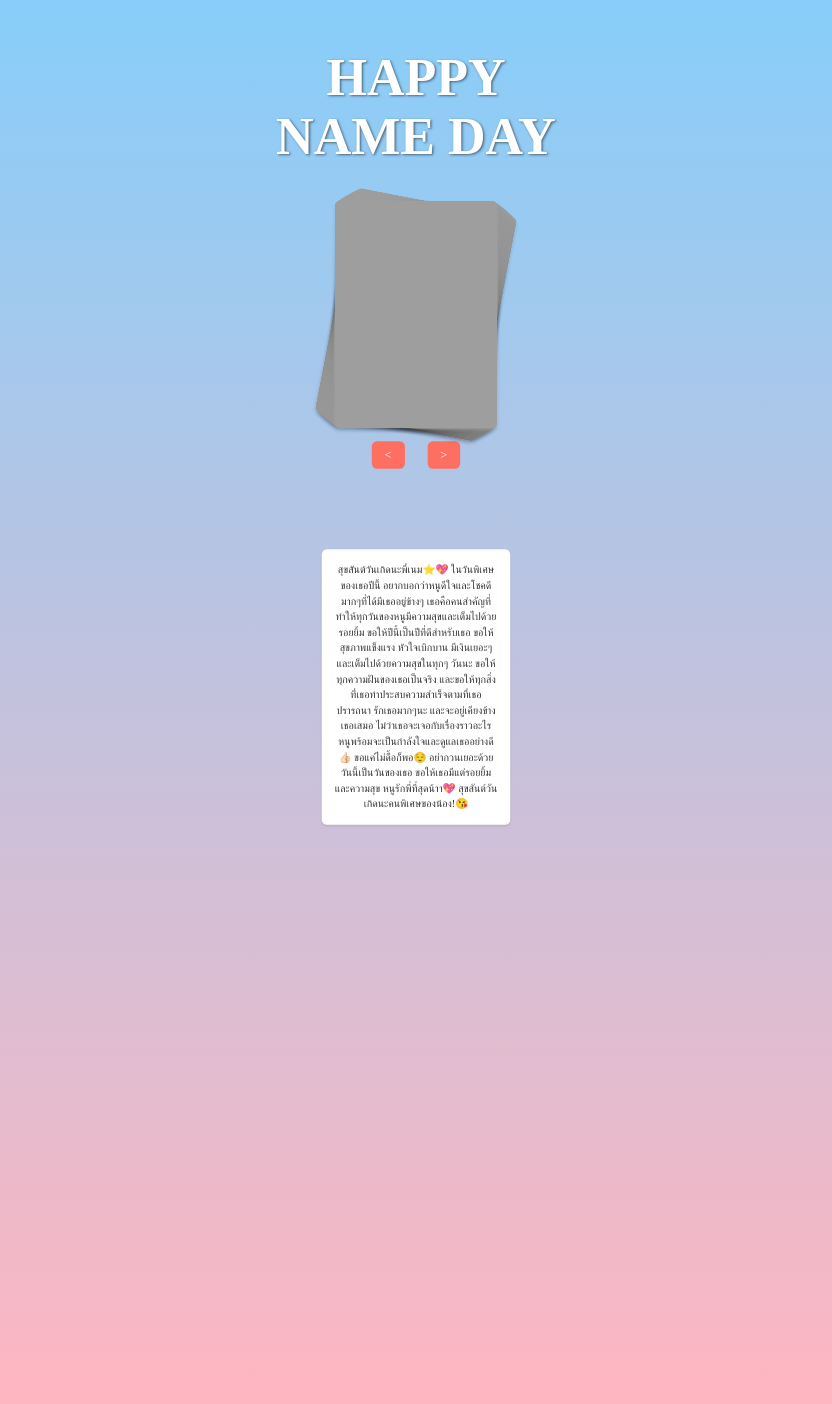
Repository: naps00/BIRTHDAY
Page: /details
These files come from the project's save history. The page is drawn as it stood at one moment and after a run of saves; the edit follows.
The browser window is 1280 px wide. The pictures show the whole page, at 65% of full size.
Pictures or frames that could not be fetched are drawn as grey boxes. The project was rebuilt for these pictures with package versions that can differ from the ones it lists, and the page was loaded fresh each time.

Above is the page before, as saved 2024-12-12 20:09:09.

### src/App.js
import React, { useState } from 'react';
import { BrowserRouter as Router, Route, Routes, Link } from 'react-router-dom';
import './App.css';
import Details from './details.js'; // นำเข้า Details.js

function Home() {
  const [showModal, setShowModal] = useState(false);

  // เมื่อวีดีโอจบ ให้แสดง modal
  const handleVideoEnd = () => {
    setShowModal(true);
  };

  return (
    <div className="App">
      <div className="container">
        <div className="text-section" style={{ flex: 1, display: 'flex', flexDirection: 'column', justifyContent: 'center', alignItems: 'center', textAlign: 'center', height: '100vh', color: 'black', fontSize: 'calc(3vw + 0vh)', fontWeight: 'bold' }}>
          <h2>HAPPY BIRTHDAY !!</h2>
          <p>MY LOVE ♡ </p>
          <img src="https://img2.pic.in.th/pic/fc8c0bdfae313c2ffd700a21b05915d6-removebg-preview.png" alt="Happy Birthday Decoration" style={{width: '200px', height: '200PX' }} />
        </div>

        <div className="video-section">
          <video
            className="video-player"
            controls
            onEnded={handleVideoEnd}
          >
            <source src="https://v1.pinimg.com/videos/mc/720p/3d/2a/3c/3d2a3ca4078af4f14258938781ed5f8e.mp4" type="video/mp4" />
            Your browser does not support the video tag.
          </video>
        </div>
      </div>

      {/* Modal */}
      {showModal && (
        <div className="modal-backdrop">
          <div className="modal-content">
            <h2>Are you ready?</h2>
            {/* เปลี่ยนปุ่ม "ปิด" ให้เป็นลิงค์ไปยังหน้า /details */}
            <Link to="/details">
              <button className="pulse">GO !!</button>
            </Link>
          </div>
        </div>
      )}

      {/* เพิ่มอิโมจิที่วิ้งๆ */}
      <div className="emoji">🌟</div>
      <div className="emoji2">✨</div>
      <div className="emoji3">💕</div>

    </div>
  );
}

function App() {
  return (
    <Router>
      <Routes>
        <Route path="/" element={<Home />} />
        <Route path="/details" element={<Details />} /> {/* เพิ่มเส้นทางสำหรับหน้า /details */}
      </Routes>
    </Router>
  );
}

export default App;

### src/App.css
/* การจัด layout ของแอปพลิเคชัน */
.App {
  background-color: white;
  min-height: 100vh;
  display: flex;
  justify-content: center;
  align-items: center;
}

/* ส่วนที่ใช้จัด layout */
.container {
  display: flex;
  flex-direction: row; /* แบ่งพื้นที่ออกเป็น 2 ส่วน */
  width: 100%;
  height: 100vh;
}

/* ส่วนข้อความ */
.text-section {
  flex: 1;
  display: flex;
  flex-direction: column;
  justify-content: center;
  align-items: center;
  padding: 20px;
  background-color: #f9f9f9;
}

.text-section h1 {
  margin-bottom: 20px;
}

/* ส่วนวีดีโอ */
.video-section {
  flex: 1;
  display: flex;
  justify-content: center;
  align-items: center;
  background-color: #000;
}

.video-player {
  width: 100%; /* ให้วีดีโอเต็มความกว้าง */
  height: 100%; /* ให้วีดีโอเต็มความสูง */
  object-fit: cover; /* ปรับวีดีโอให้เต็มพื้นที่โดยไม่เสียสัดส่วน */

/* การแสดง modal */
}
.modal-backdrop {
  position: fixed;
  top: 0;
  left: 0;
  width: 100%;
  height: 100%;
  background: rgba(0, 0, 0, 0.7);
  display: flex;
  justify-content: center;
  align-items: center;
  z-index: 100; /* ทำให้ modal อยู่เหนือสิ่งอื่น */
  animation: fadeInPop 0.5s ease-out;
}

/* เพิ่ม z-index ให้ modal-content */
.modal-content {
  background: white;
  padding: 20px;
  border-radius: 10px;
  text-align: center;
  box-shadow: 0 2px 10px rgba(0, 0, 0, 0.3);
  animation: slideUp 0.3s ease-out;
  z-index: 101; /* ทำให้เนื้อหาของ modal อยู่เหนือ backdrop */
}

/* การแอนิเมชัน fade-in และ pop-up สำหรับ modal backdrop */
@keyframes fadeInPop {
  0% {
    opacity: 0;
    transform: scale(0.8);
  }
  100% {
    opacity: 1;
    transform: scale(1);
  }
}

body {
  font-family: 'Coiny', cursive;
  margin: 0;
  padding: 0;
  box-sizing: border-box;
  background-color: #fef9ef;
  color: #333;
}

h1, h2, p {
  font-family: 'Coiny', cursive; /* ฟอนต์ใหม่สำหรับข้อความ */
}

button {
  font-family: 'Coiny', cursive;
  font-size: 1.2rem;
  background-color: #ff6f61;
  color: #fff;
  padding: 10px 20px;
  border: none;
  border-radius: 8px;
  cursor: pointer;
  transition: background-color 0.3s ease, transform 0.3s ease;
}

button:hover {
  background-color: #ff3d3d;
  transform: scale(1.1);
}

/* การแอนิเมชัน slide-up สำหรับ modal content */
@keyframes slideUp {
  0% {
    transform: translateY(20px);
    opacity: 0;
  }
  100% {
    transform: translateY(0);
    opacity: 1;
  }
}

.modal-content h2 {
  margin-bottom: 20px;
}

.modal-content button {
  padding: 10px 20px;
  background-color: #007bff;
  color: white;
  border: none;
  border-radius: 5px;
  cursor: pointer;
  transition: transform 0.3s ease, background-color 0.3s ease;
}

/* เอฟเฟกต์เมื่อ hover ปุ่ม */
.modal-content button:hover {
  background-color: #0056b3;
  transform: scale(1.1); /* ขยายขนาดปุ่มเมื่อ hover */
}

/* เอฟเฟกต์การเต้นของปุ่ม */
@keyframes pulse {
  0% {
    transform: scale(1);
    opacity: 1;
  }
  50% {
    transform: scale(1.1);
    opacity: 0.8;
  }
  100% {
    transform: scale(1);
    opacity: 1;
  }
}

.pulse {
  animation: pulse 1.5s infinite;
}

/* อิโมจิวิ้งๆ */
.emoji {
  position: fixed;
  top: 30%;
  right: 50%;
  font-size: 30px;
  animation: smoothBounce 1.4s infinite;
  z-index: 50; /* ทำให้ไอคอนอิโมจิอยู่ใต้ modal */
}
.emoji2 {
  position: fixed;
  top: 18%;
  right: 97%;
  font-size: 30px;
  animation: smoothBounce 1.5s infinite;
  z-index: 50; /* ทำให้ไอคอนอิโมจิอยู่ใต้ modal */
}
.emoji3 {
  position: fixed;
  top: 63%;
  right: 65%;
  font-size: 50px;
  animation: smoothBounce 3s infinite;
  z-index: 50; /* ทำให้ไอคอนอิโมจิอยู่ใต้ modal */
}
/* การกระพิบ */
/* @keyframes fadeInOut {
  0%, 100% {
    opacity: 0;
  }
  50% {
    opacity: 1;
  }
}

.fade {
  animation: fadeInOut 1s infinite;
} */

/* การแอนิเมชันวิ้ง */
@keyframes smoothBounce {
  0%, 100% {
    transform: translateY(0);
    opacity: 1;
  }
  25% {
    transform: translateY(-1px);
    opacity: 1;
  }
  50% {
    transform: translateY(-1px);
    opacity: 1;
  }
  75% {
    transform: translateY(5px);
    opacity: 1;
  }
}


/* การแอนิเมชัน zoom-in */
@keyframes zoomIn {
  0% {
    transform: scale(0.8);
    opacity: 0;
  }
  100% {
    transform: scale(1);
    opacity: 1;
  }
}

.zoom-in {
  animation: zoomIn 0.4s ease-out;
}

/* เอฟเฟกต์ fade-in สำหรับเนื้อหาที่โหลด */
.fade-in {
  opacity: 0;
  animation: fadeIn 1s forwards;
}

@keyframes fadeIn {
  from {
    opacity: 0;
  }
  to {
    opacity: 1;
  }
}

### src/details.js
import React, { useState } from 'react';
import { useSwipeable } from 'react-swipeable'; // นำเข้า useSwipeable
import './details.css';

function Details() {
  const images = [
    "https://img2.pic.in.th/pic/C14EEE1A-1C6E-4778-85B7-4833D53D43EB.jpeg",
    "https://img5.pic.in.th/file/secure-sv1/618E6171-BADE-42BC-A018-2EA60935F70F.jpeg",
    "https://img5.pic.in.th/file/secure-sv1/IMG_448429fe121e41b2f430.jpeg",
    "https://img5.pic.in.th/file/secure-sv1/IMG_64786800a538a371f8ae.jpeg",
    "https://img2.pic.in.th/pic/IMG_18254b9a0e0ef262515a.jpeg",
    "https://img2.pic.in.th/pic/IMG_750821c6a0b5848c84f8.jpeg",
    "https://img2.pic.in.th/pic/IMG_217360495c125ab56c81.jpeg",
    "https://img5.pic.in.th/file/secure-sv1/IMG_79057ffcc3e4b6cb96bc.jpeg",
    "https://img2.pic.in.th/pic/IMG_7834161695a4292d3799.jpeg",
    "https://img5.pic.in.th/file/secure-sv1/IMG_7833a600a5964cb97987.jpeg",
    "https://img5.pic.in.th/file/secure-sv1/IMG_7669dbd275c5d25b60ea.jpeg",
    "https://img2.pic.in.th/pic/IMG_791818c257fcaec84a84.jpeg"
  ];

  const [currentIndex, setCurrentIndex] = useState(0);

  const handlers = useSwipeable({
    onSwipedLeft: () => handleNext(),
    onSwipedRight: () => handlePrev(),
    preventDefaultTouchmoveEvent: true,
    trackMouse: true
  });

  const handleNext = () => {
    setCurrentIndex((currentIndex + 1) % images.length);
  };

  const handlePrev = () => {
    setCurrentIndex((currentIndex - 1 + images.length) % images.length);
  };

  return (
    <div className="details-page" style={{ overflowY: 'auto', maxHeight: '100vh', padding: '20px' }}>
      <div className="header-text" style={{ textAlign: 'center' }}>
        <h1>HAPPY <br /> NAME DAY</h1>
      </div>

      <div className="card-stack" {...handlers} style={{ position: 'relative', height: '350px', marginBottom: '20px' }}>
        {images.map((src, index) => {
          const zIndex = images.length - Math.abs(currentIndex - index);
          const rotation = (index - currentIndex) * 1; // การหมุนภาพ
          const offset = (index - currentIndex) * 0; // ระยะเลื่อน

          return (
            <img
              key={index}
              src={src}
              alt={`Slide ${index + 1}`}
              className="card"
              style={{
                zIndex: zIndex,
                position: 'absolute',
                left: '50%',
                top: '50%',
                transform: `translate(-50%, -50%) rotate(${rotation}deg)`,
                marginTop: `${offset}px`,
                width: '250px',
                height: '350px',
                borderRadius: '8px',
                boxShadow: '0 4px 6px rgba(0, 0, 0, 0.1)',
              }}
            />
          );
        })}
      </div>

      <div className="controls" style={{ textAlign: 'center', marginTop: '0px' }}>
        <button onClick={handlePrev} style={{ margin: '0 10px', padding: '10px 20px' }}>
          &lt;
        </button>
        <button onClick={handleNext} style={{ margin: '0 10px', padding: '10px 20px' }}>
          &gt;
        </button>
      </div>
      <div
        className="card-message"
        style={{
          margin: '10%',
          width: '100%',
          maxWidth: '250px',
          padding: '20px',
          borderRadius: '8px',
          backgroundColor: '#fff',
          boxShadow: '0 2px 4px rgba(0, 0, 0, 0.1)',
          textAlign: 'center',
          fontSize: '16px',
          lineHeight: '1.5',
        }}
      >
        สุขสันต์วันเกิดนะพี่เนม⭐️💖

ในวันพิเศษของเธอปีนี้ อยากบอกว่าหนูดีใจและโชคดีมากๆที่ได้มีเธออยู่ข้างๆ เธอคือคนสำคัญที่ทำให้ทุกวันของหนูมีความสุขและเต็มไปด้วยรอยยิ้ม

ขอให้ปีนี้เป็นปีที่ดีสำหรับเธอ ขอให้สุขภาพแข็งแรง หัวใจเบิกบาน มีเงินเยอะๆ และเต็มไปด้วยความสุขในทุกๆ วันนะ ขอให้ทุกความฝันของเธอเป็นจริง และขอให้ทุกสิ่งที่เธอทำประสบความสำเร็จตามที่เธอปรารถนา

รักเธอมากๆนะ และจะอยู่เคียงข้างเธอเสมอ ไม่ว่าเธอจะเจอกับเรื่องราวอะไร หนูพร้อมจะเป็นกำลังใจและดูแลเธออย่างดี👍🏻 ขอแค่ไม่ดื้อก็พอ😌 อย่ากวนเยอะด้วย

วันนี้เป็นวันของเธอ ขอให้เธอมีแต่รอยยิ้มและความสุข หนูรักพี่ที่สุดน้าา💖 สุขสันต์วันเกิดนะคนพิเศษของน้อง!😘
      </div>


      <audio autoPlay loop>
        <source src="https://www.soundhelix.com/examples/mp3/SoundHelix-Song-1.mp3" type="audio/mp3" />
        Your browser does not support the audio element.
      </audio>
    </div>
  );
}

export default Details;

### src/details.css
.details-page {
  display: flex;
  flex-direction: column;
  align-items: center;
  justify-content: flex-start;
  min-height: 300vh; /* กำหนดความสูงขั้นต่ำ */
  background: linear-gradient(to bottom, #87CEFA, #FFB6C1);
  padding: 40px; /* เพิ่มระยะห่างจากขอบ */
  overflow-y: auto; /* ให้เลื่อนแนวตั้งได้ */
  box-sizing: border-box;
}

.card-stack {
  position: relative;
  width: 100%; /* ใช้พื้นที่เต็มความกว้าง */
  max-width: 400px; /* จำกัดขนาดความกว้าง */
  display: flex;
  flex-direction: column; /* จัดเรียงแนวตั้ง */
  align-items: center;
  gap: 20px; /* ระยะห่างระหว่างแต่ละรูป */
}
.header-text {
  text-align: center;
  color: white;
  text-shadow: 2px 2px 4px rgba(0, 0, 0, 0.5);
  font-size: 2.5rem;
}
.card {
  width: 200px; /* เพิ่มขนาดความกว้าง */
  height: 300px; /* เพิ่มขนาดความสูง */
  border-radius: 10px;
  box-shadow: 0 4px 8px rgba(0, 0, 0, 0.2);
}

.text-box {
  margin-top: 90px; /* เพิ่มระยะห่างระหว่างภาพและข้อความ */
  padding: 20px; /* ขยายพื้นที่ข้อความ */
  width: 100%;
  max-width: 500px; /* ขยายขนาดกล่องข้อความ */
  background: #ffffff;
  border: 1px solid #ddd;
  border-radius: 10px;
  box-shadow: 0 4px 8px rgba(0, 0, 0, 0.1);
  text-align: center; /* จัดข้อความให้อยู่กึ่งกลาง */
  font-size: 18px; /* เพิ่มขนาดตัวอักษร */
  line-height: 1.6; /* เพิ่มความสูงระหว่างบรรทัด */
}

.controls {
  margin-top: 10px; /* ระยะห่างระหว่างปุ่มกับข้อความ */
  display: flex;
  justify-content: center;
  gap: 15px; /* เพิ่มระยะห่างระหว่างปุ่ม */
}

Loaded but not shown: public/index.html (common file); src/index.js (common file); src/index.css (common file); src/reportWebVitals.js (common file)

After the next 2 saves:
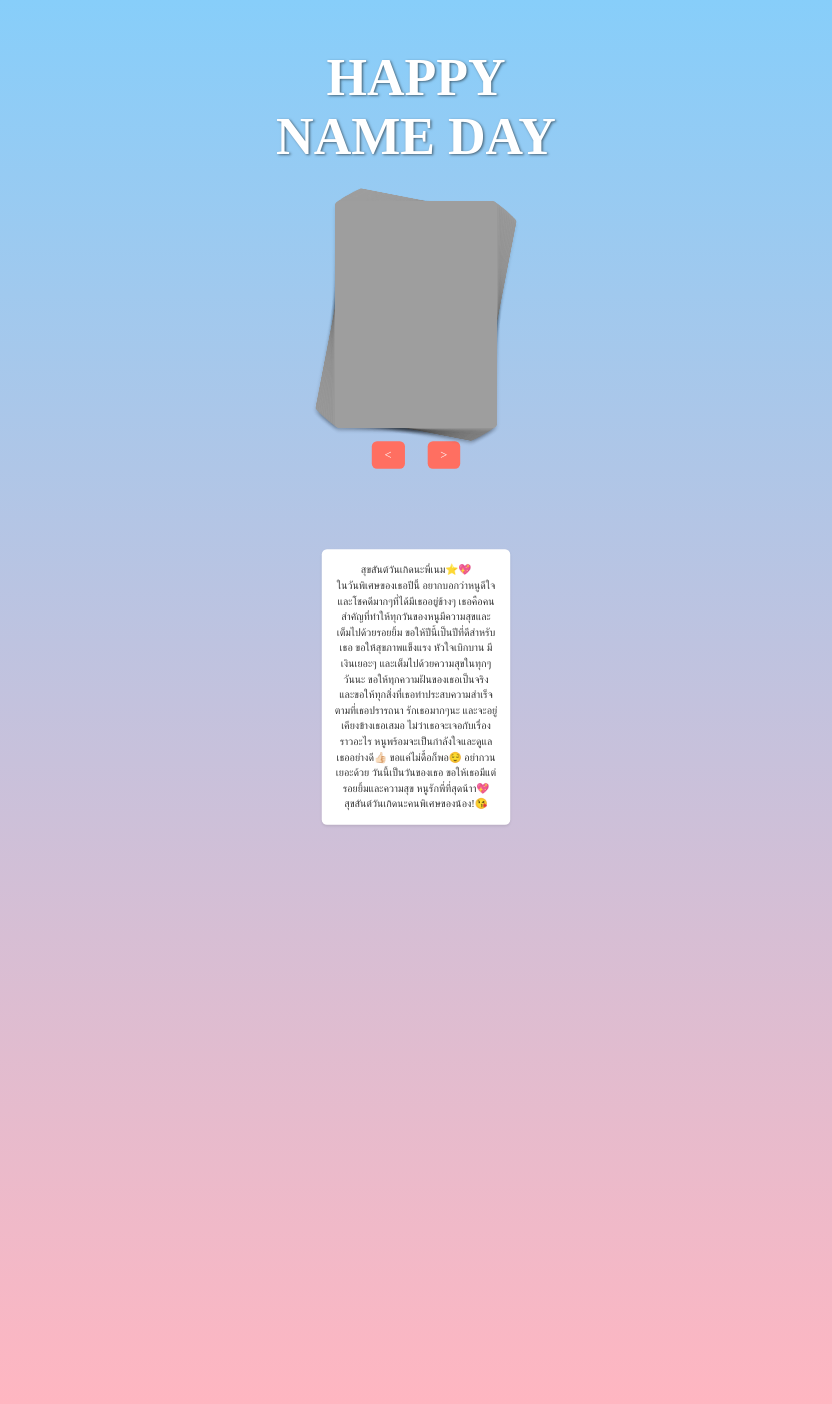
The 2 saves are shown as one change because 1 did not build or start.
The last was saved 38 s later.
--- a/src/details.js
+++ b/src/details.js
@@ -93,7 +93,7 @@ function Details() {
           lineHeight: '1.5',
         }}
       >
-        สุขสันต์วันเกิดนะพี่เนม⭐️💖
+        สุขสันต์วันเกิดนะพี่เนม⭐️💖 <br/>
 
 ในวันพิเศษของเธอปีนี้ อยากบอกว่าหนูดีใจและโชคดีมากๆที่ได้มีเธออยู่ข้างๆ เธอคือคนสำคัญที่ทำให้ทุกวันของหนูมีความสุขและเต็มไปด้วยรอยยิ้ม
 
